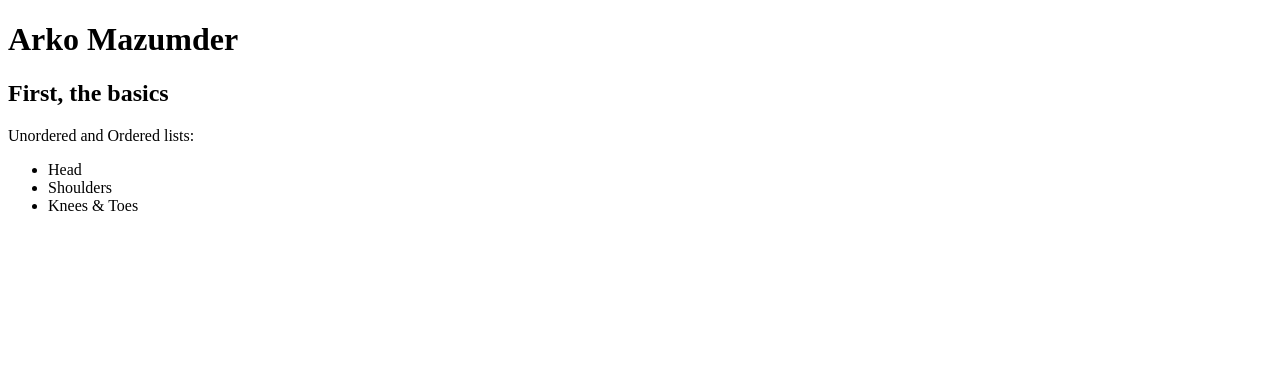
Repository: arkomz/INST377-Lab-Work
Page: client/lab_1/index.html
An editor plug-in stored every save of this project. The page is shown before and after the next save, followed by the edit.
The browser window is 1280 px wide. The pictures show the whole page.

Above is the page before, as saved 2021-09-03 18:29:06.

After the next save:
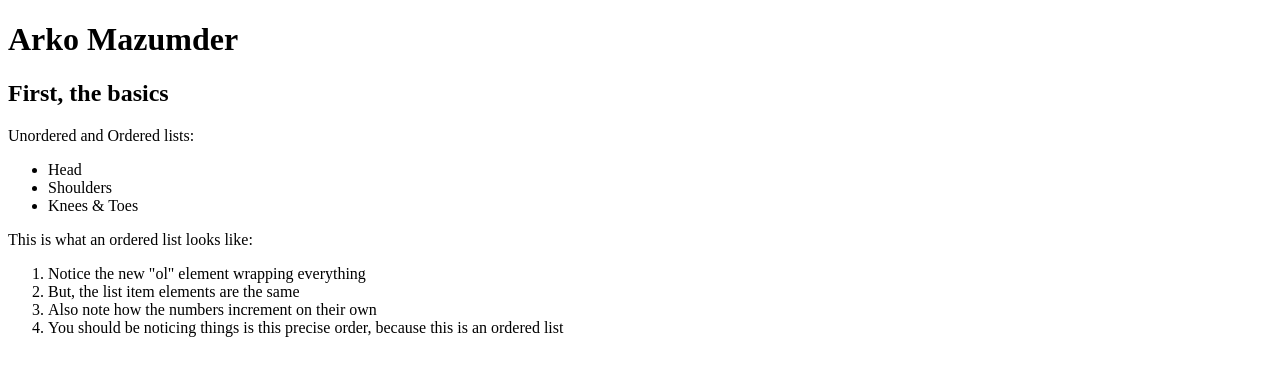
Saved 5 min 54 s later.
--- a/client/lab_1/index.html
+++ b/client/lab_1/index.html
@@ -16,6 +16,15 @@
         <li>Knees & Toes</li>
       </ul>
 
+      <p>This is what an ordered list looks like:</p>
+
+      <ol>
+        <li>Notice the new "ol" element wrapping everything</li>
+        <li>But, the list item elements are the same</li>
+        <li>Also note how the numbers increment on their own</li>
+        <li>You should be noticing things is this precise order, because this is
+            an ordered list</li>
+      </ol>
 
   </body>
 </html>
